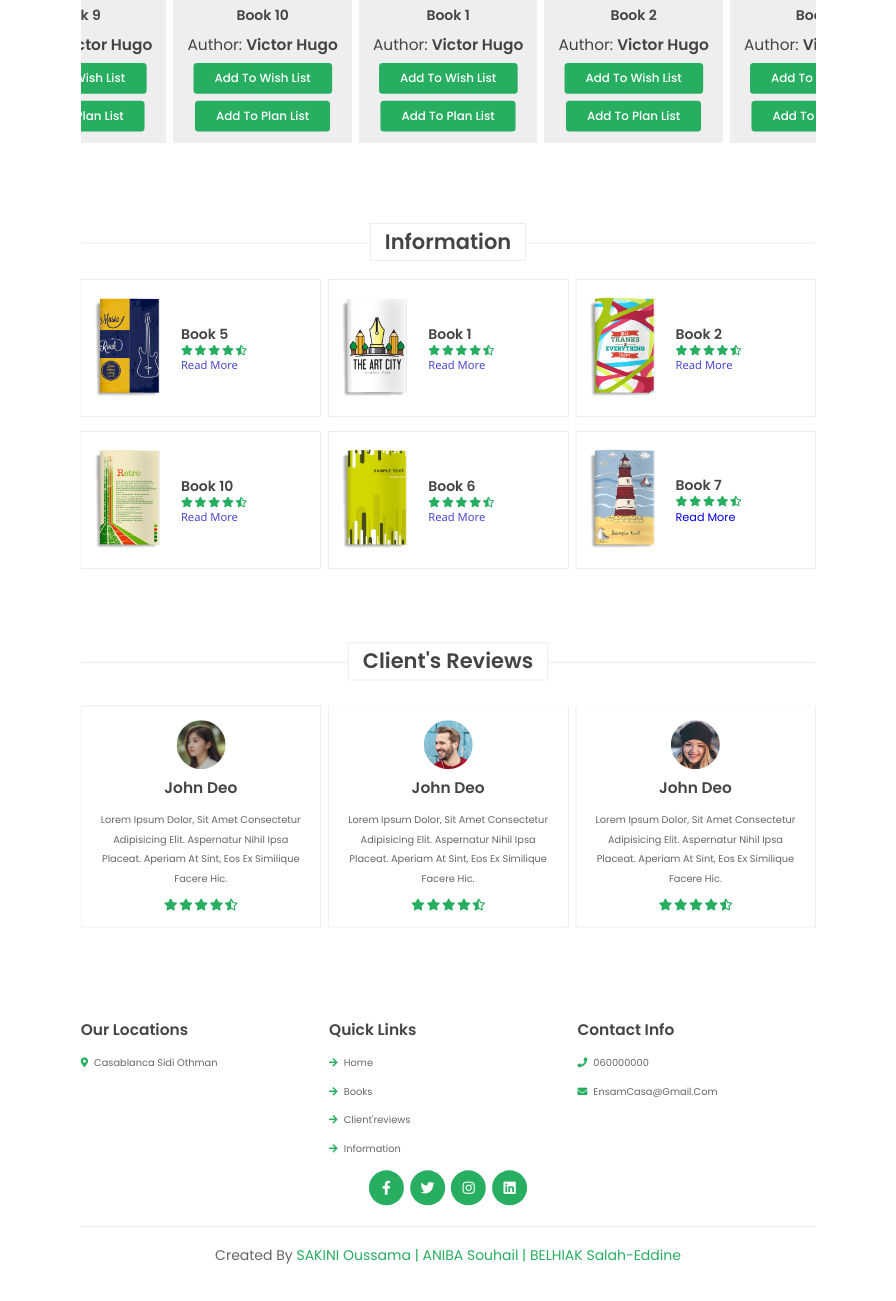
Repository: souhailaniba/Bookly
Page: public/assets/books webstie/index2.html
An editor plug-in stored every save of this project. The page is shown before and after the next save, followed by the edit.
The browser window is 1280 px wide. The pictures show the part of the page from y = 1197 to 3117 px (the page is 3055 px tall before and 3117 px after), at 70% of full size.

Above is the page before, as saved 2023-01-27 16:25:22.

After the next save:
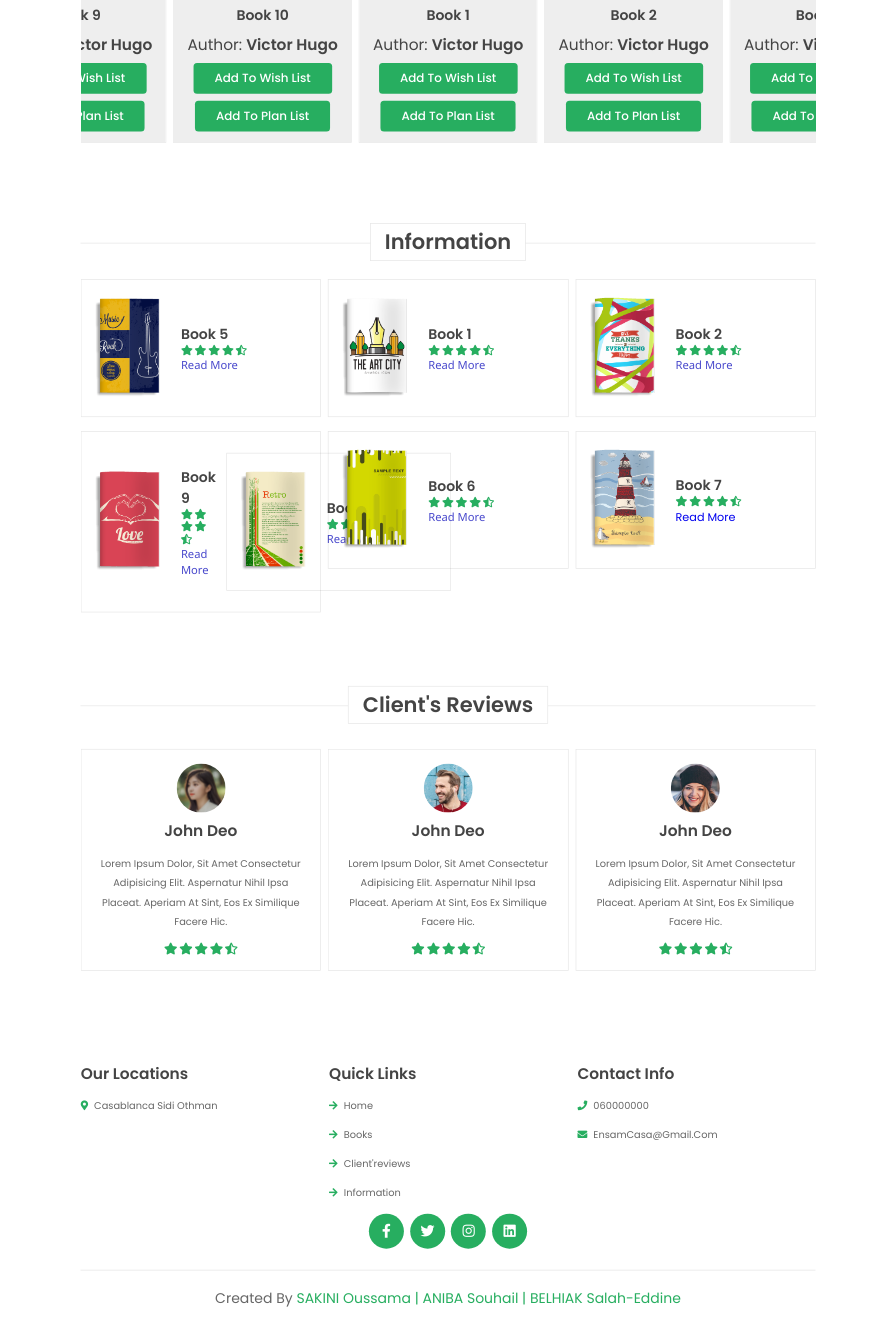
Saved 4 s later.
--- a/public/assets/books webstie/index2.html
+++ b/public/assets/books webstie/index2.html
@@ -422,7 +422,7 @@
                 </div>
             </div>
 
-            <a href="#" class="swiper-slide box">
+            <div class="swiper-slide box">
                 <div class="image">
                     <img src="image/book-9.png" alt="">
                 </div>

After the save that followed:
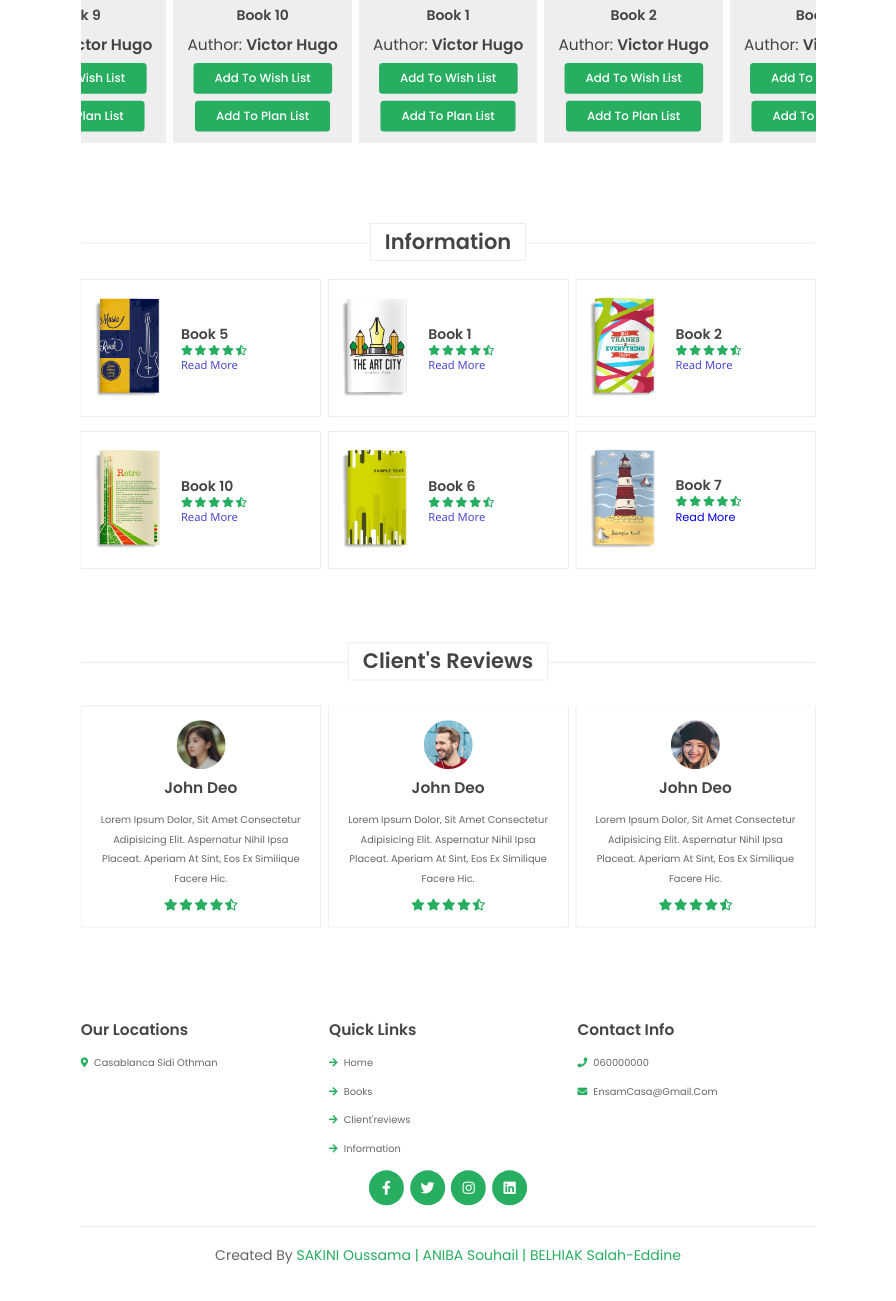
Saved 3 s later.
--- a/public/assets/books webstie/index2.html
+++ b/public/assets/books webstie/index2.html
@@ -437,7 +437,7 @@
                     </div>
                     <div style="font-size: medium;font-family:'Segoe UI', Tahoma, Geneva, Verdana, sans-serif;color: rgb(72, 72, 204);">Read More</div>
                 </div>
-            </a>
+            </div>
 
             <a href="#" class="swiper-slide box">
                 <div class="image">
